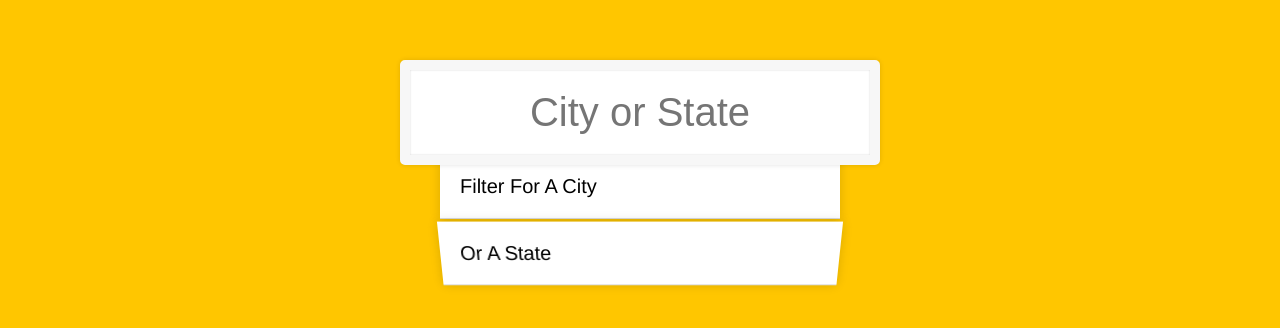
Repository: Saieebawake/Type-Ahead-City-or-State-Search
Page: index.html
The author's editor kept a copy of each file at every save. The page is drawn from the files as they stood at one save, then again after the next save.
The browser window is 1280 px wide. The pictures show the whole page.
The page's requests for data from a server got no answer.

Above is the page before, as saved 2026-09-27 20:42:04.

After the next save:
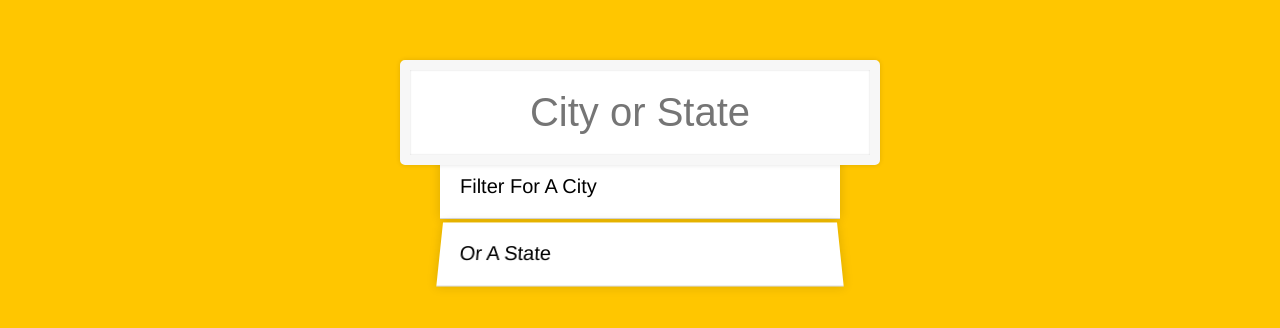
Saved 16 s later.
--- a/style.css
+++ b/style.css
@@ -55,4 +55,4 @@ input.search {
 }
 
 .suggestions li:nth-child(even) {
-    transform: perspective(100px) rotateX(-3deg) translateY(3px);
+    transform: perspective(100px) rotateX(3deg) translateY(3px);
